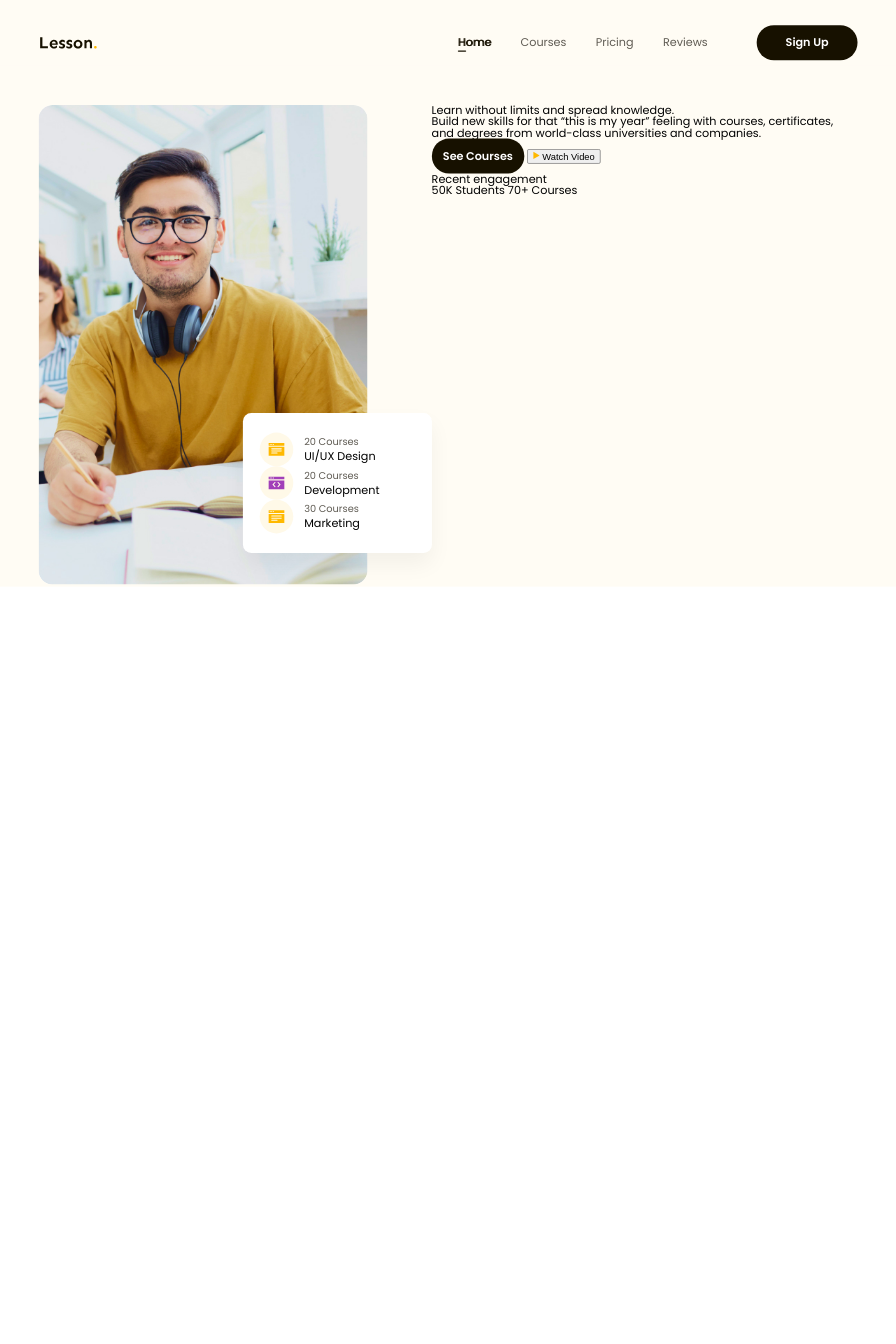
Repository: Tibi2003/f8-htmlcss-02
Page: index.html
These files come from the project's save history. The page is drawn as it stood at one moment and after a run of saves; the edit follows.
The browser window is 1280 px wide. The pictures show the part of the page from y = 0 to 1920 px (the page is 5000 px tall), at 70% of full size.

Above is the page before, as saved 2024-03-07 10:07:43.

After the next 2 saves:
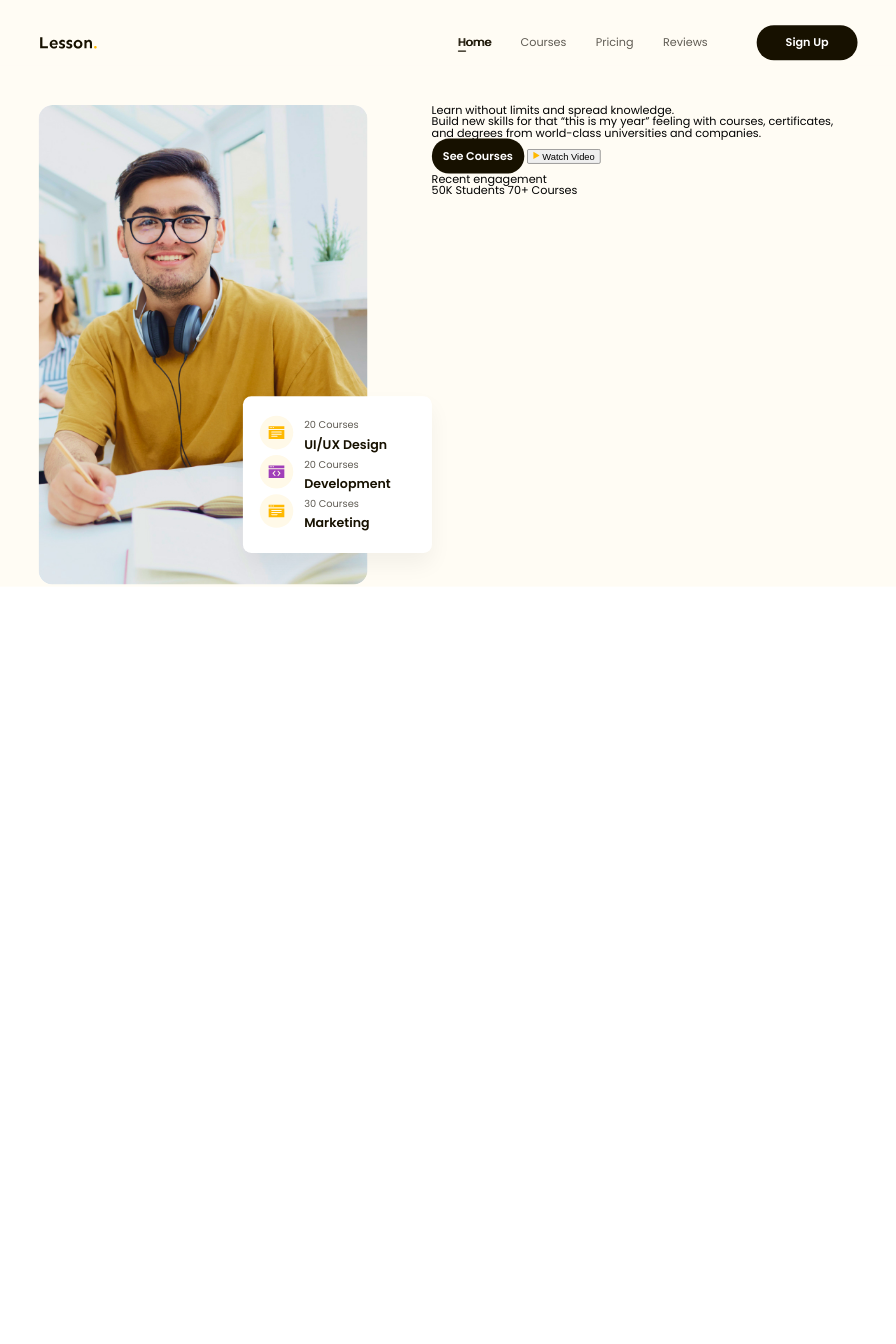
The 2 saves are shown as one change because they came seconds apart.
The last was saved 71 s later.
--- a/assets/css/styles.css
+++ b/assets/css/styles.css
@@ -151,6 +151,13 @@ a {
 	line-height: 1.86;
 }
 
+.hero-summary .title {
+	color: #171100;
+	font-size: 1.8rem;
+	font-weight: 600;
+	line-height: 1.67;
+}
+
 .hero .content-block {
 	width: 52%;
 }
